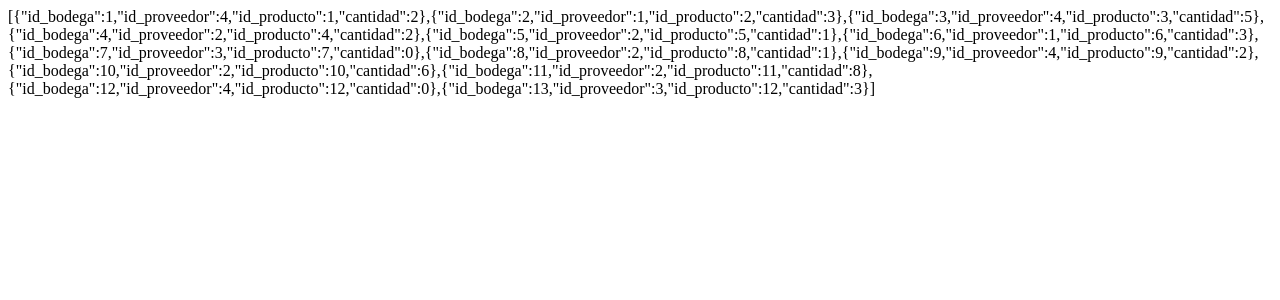
Repository: zayro/php_crud_angularjs_material
Page: http://localhost/backend/consultar.php
An editor plug-in stored every save of this project. The page is shown before and after the next save, followed by the edit.
The browser window is 1280 px wide. The pictures show the whole page.
The page is run by PHP 8.4 with error messages shown; the project is at /var/www/html/. The database holds what the project's SQL file puts in it.

Above is the page before, as saved 2017-05-05 01:10:38.

After the next save:
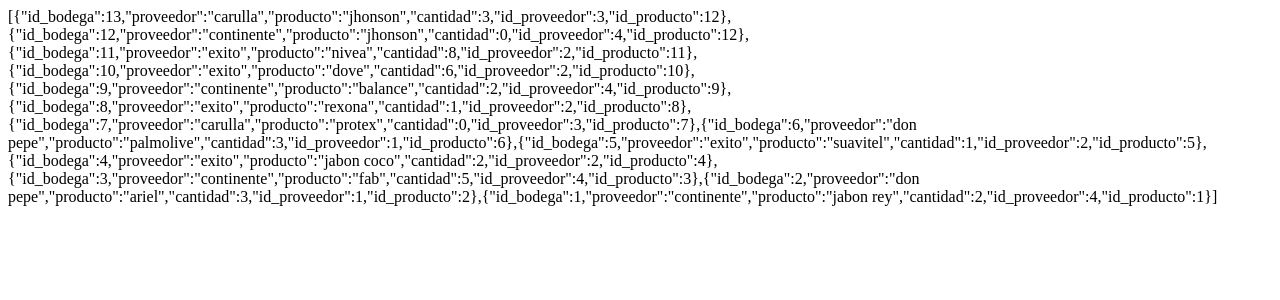
Saved 83 s later.
--- a/backend/consultar.php
+++ b/backend/consultar.php
@@ -7,7 +7,19 @@
 
 extract($_REQUEST);
 
-$sql = "SELECT * FROM bodega";
+$sql = "SELECT
+bodega.id_bodega,
+proveedor.nombre AS proveedor,
+producto.nombre AS producto,
+bodega.cantidad,
+bodega.id_proveedor,
+bodega.id_producto
+FROM
+bodega
+INNER JOIN producto ON bodega.id_producto = producto.id_producto
+INNER JOIN proveedor ON bodega.id_proveedor = proveedor.id_proveedor
+ORDER BY bodega.id_bodega DESC
+";
 
 $query = $conexion->query($sql);
 
